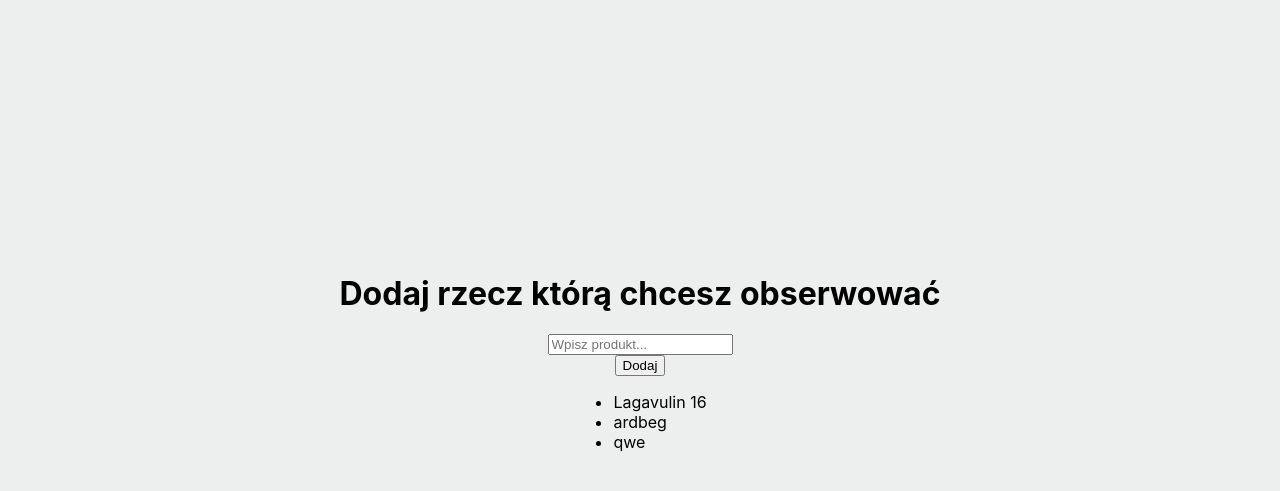
Repository: matedoo/crawler
Page: /MainApp
An editor plug-in stored every save of this project. The page is shown before and after a run of saves, followed by the edit.
The browser window is 1280 px wide. The pictures show the whole page.
The project was rebuilt for these pictures with package versions that can differ from the ones it lists, and the page was loaded fresh each time. Requests to the local data server were answered from the project's data file. Also part of the build but not shown: src/Components/button.js, src/Components/LoginComponents/LoginApp.js, src/Components/LoginComponents/RegisterApp.js, src/Components/btnContainer.js, src/Components/heading.js, src/Components/LoginComponents/StartApp.js, src/Components/MainApp/MainAppElement.js.

Above is the page before, as saved 2020-04-28 18:28:35.

After the next 3 saves:
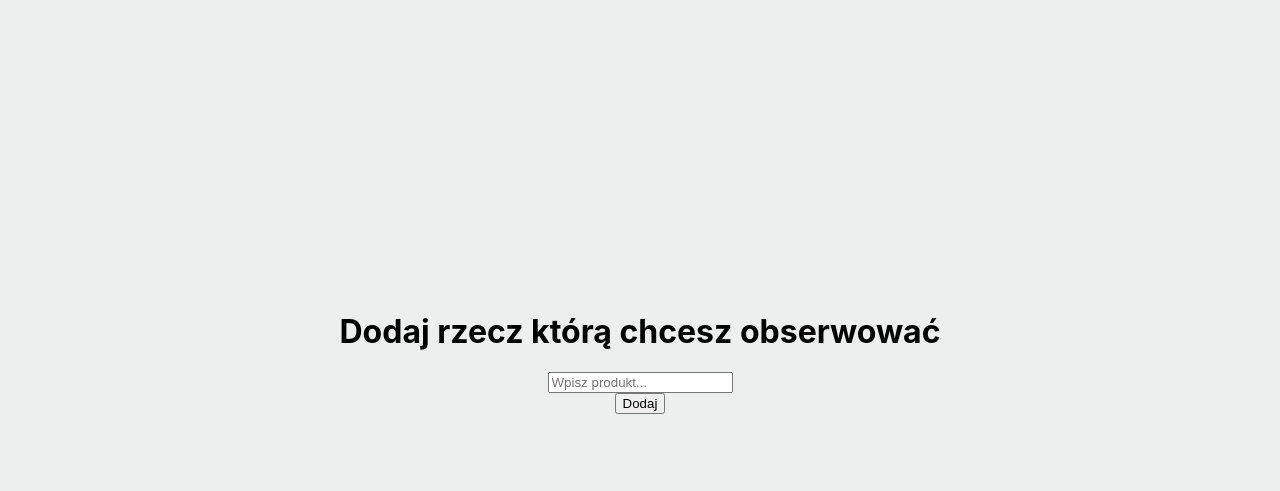
The 3 saves are shown as one change because 2 did not build or start.
The last was saved 4 min 43 s later.
--- a/src/Components/MainApp/MainApp.js
+++ b/src/Components/MainApp/MainApp.js
@@ -8,7 +8,7 @@ import MainAppElement from './MainAppElement'
 function MainApp(props) {
   const [elementsListState, setElementsListState] = useState({ elementsList: [], inputValue: '', error: ''})
 
-  const [fetchedData, setFetchedData] = useState({title: []})
+const [fetchedData, setFetchedData] = useState({/*title: [], id: []*/ fetchedData: []})
   const [dataError, setDataError] = useState(null)
   const [apiItems, setApiItems] = useState('items')
   const [isLoading, setIsLoading] = useState(true)
@@ -24,8 +24,9 @@ function MainApp(props) {
 
         setIsLoading(false)
         setFetchedData({
-          title: responseParsed.map(element => element.title)
+          // title: responseParsed.map(element => element.title),
           // id: responseParsed.map(element => element.id)
+          fetchedData: responseParsed.fetchedData
         })
 
 
@@ -105,8 +106,8 @@ function MainApp(props) {
         {!!error && <p>{error}</p>}
         <div>
         <ul>
-        {console.log(`${fetchedData.title} title`  )}
-        {fetchedData.title.map((el, id) => <li value={id} >{el} </li>)}
+        {/* {console.log(`${fetchedData.title} title`  )} */}
+        {/* {fetchedData.title.map((el, id) => <li value={id} >{el} </li>)} */}
         </ul>
         </div>
       </LoginAppStyled>
